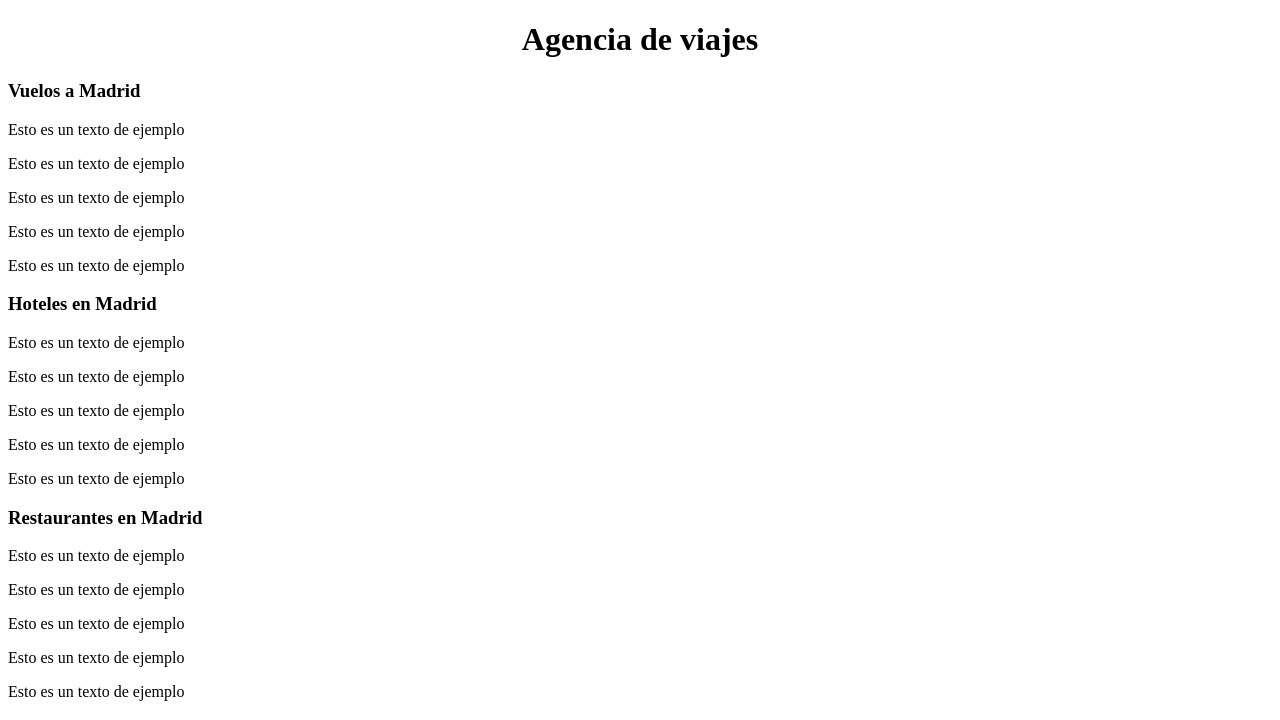
Repository: FernandoJFernandez/Curso-java-2022
Page: http://localhost/Primeros_pasos_JSP/agencia_viajes.jsp
The author's editor kept a copy of each file at every save. The page is drawn from the files as they stood at one save, then again after the next save.
The browser window is 1280 px wide. The pictures show the whole page.
The page is served by Tomcat 9.

Above is the page before, as saved 2023-04-24 11:46:43.

After the next save:
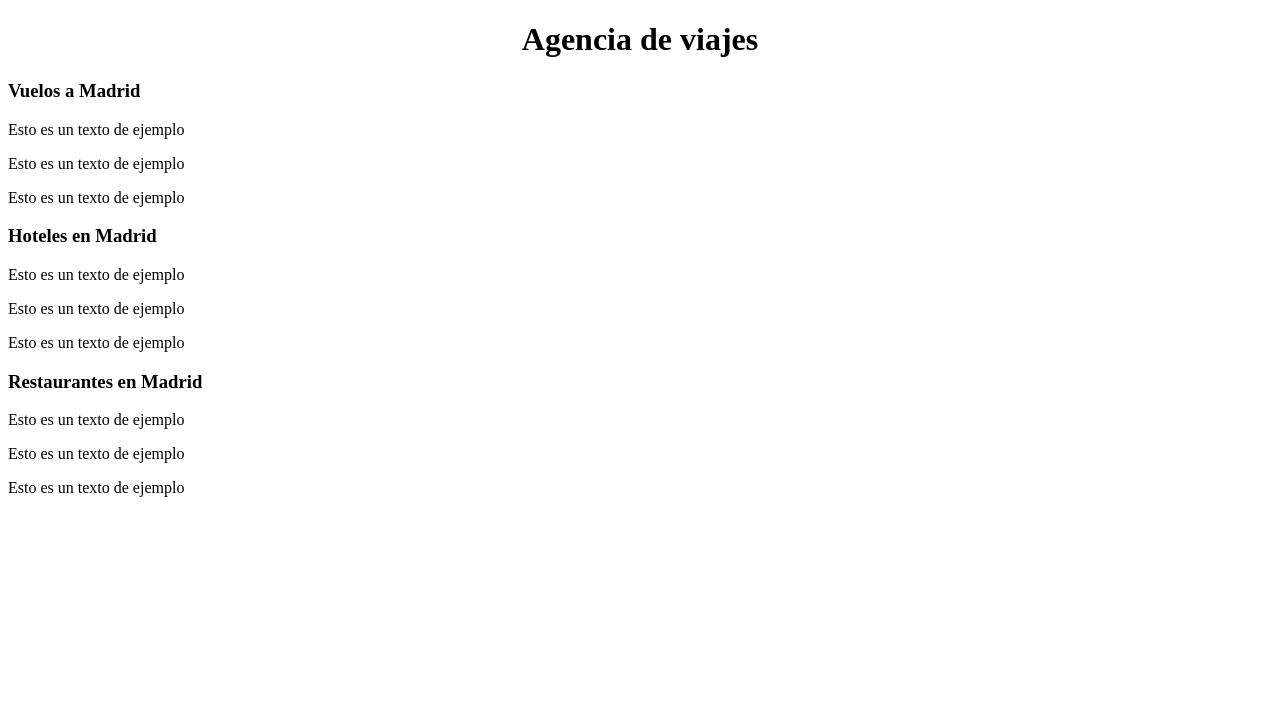
Saved 68 s later.
--- a/Primeros_pasos_JSP/src/main/webapp/agencia_viajes.jsp
+++ b/Primeros_pasos_JSP/src/main/webapp/agencia_viajes.jsp
@@ -29,13 +29,8 @@
 	<p>Esto es un texto de ejemplo</p>
 	<p>Esto es un texto de ejemplo</p>
 	<p>Esto es un texto de ejemplo</p>
-	<p>Esto es un texto de ejemplo</p>
-	<p>Esto es un texto de ejemplo</p>
-
 
 	<h3>Hoteles en <%=ciudadFavorita %></h3>
-	<p>Esto es un texto de ejemplo</p>
-	<p>Esto es un texto de ejemplo</p>
 	<p>Esto es un texto de ejemplo</p>
 	<p>Esto es un texto de ejemplo</p>
 	<p>Esto es un texto de ejemplo</p>
@@ -44,7 +39,5 @@
 	<p>Esto es un texto de ejemplo</p>
 	<p>Esto es un texto de ejemplo</p>
 	<p>Esto es un texto de ejemplo</p>
-	<p>Esto es un texto de ejemplo</p>
-	<p>Esto es un texto de ejemplo</p>
 </body>
 </html>
